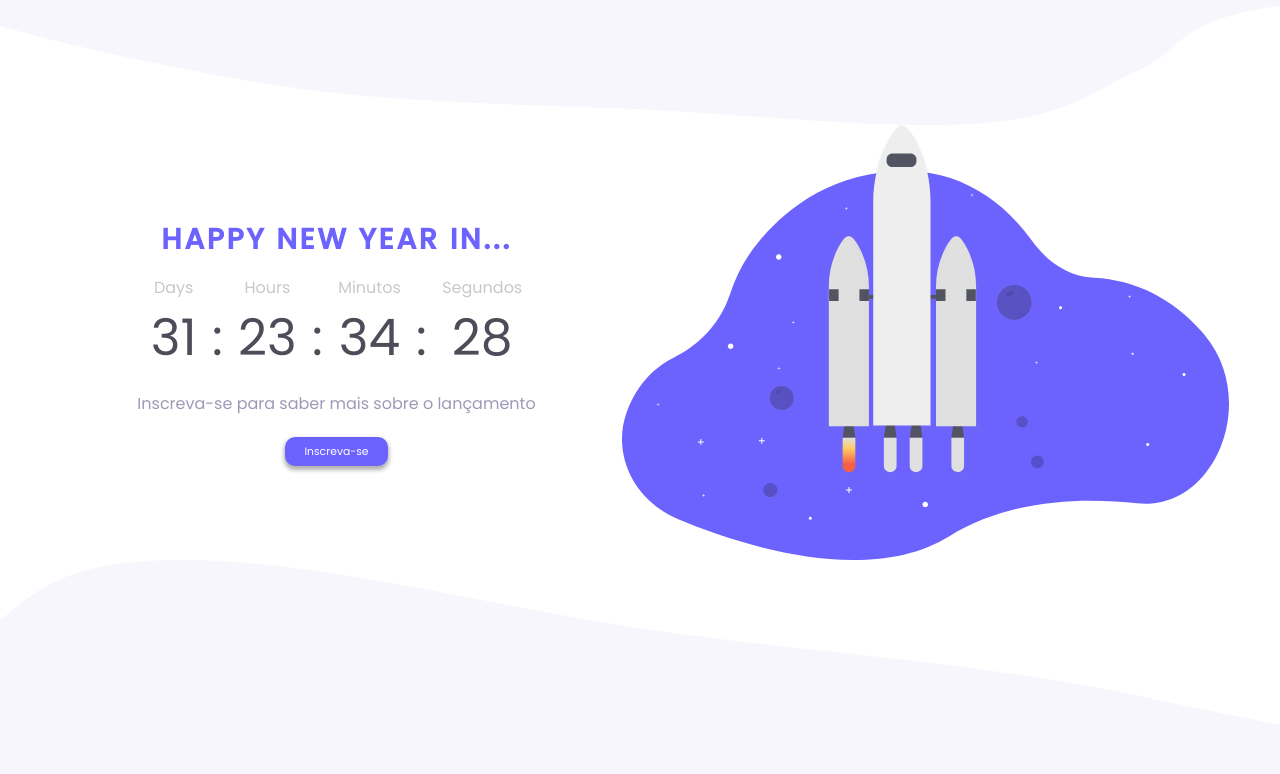
Repository: BrunoBross/countdown
Page: index.html
An editor plug-in stored every save of this project. The page is shown before and after the next save, followed by the edit.
The browser window is 1280 px wide. The pictures show the whole page.

Above is the page before, as saved 2021-11-30 01:20:33.

After the next save:
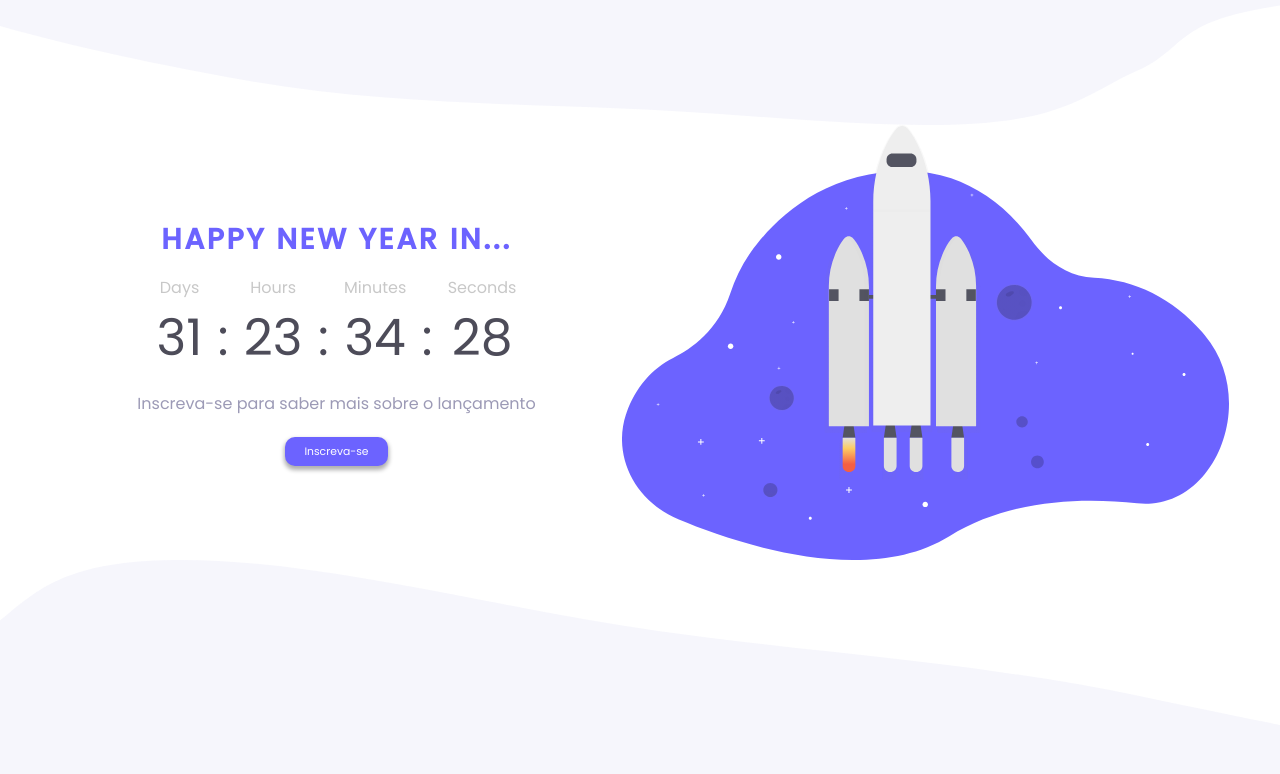
Saved 5 s later.
--- a/index.html
+++ b/index.html
@@ -29,12 +29,12 @@
           </div>
           <div class="time"><h1>:</h1></div>
           <div class="time" id="minutes">
-            <p>Minutos</p>
+            <p>Minutes</p>
             <h1>00</h1>
           </div>
           <div class="time"><h1>:</h1></div>
           <div class="time" id="seconds">
-            <p>Segundos</p>
+            <p>Seconds</p>
             <h1>00</h1>
           </div>
         </div>
